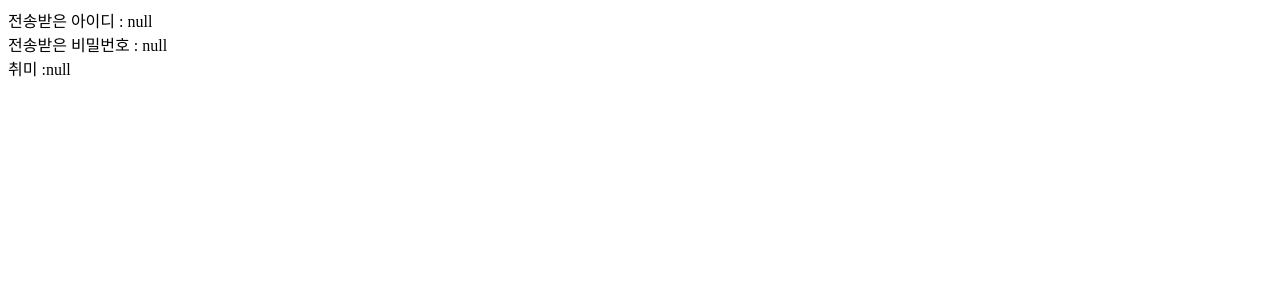
Repository: Kimhwawon/jsp_practice
Page: http://localhost/JSPBasic/JsObject/1.requests/req_param_getpost.jsp
These files come from the project's save history. The page is drawn as it stood at one moment and after the next save; the edit follows.
The browser window is 1280 px wide. The pictures show the whole page.
The page is served by Tomcat 9.

Above is the page before, as saved 2022-02-03 06:17:02.

After the next save:
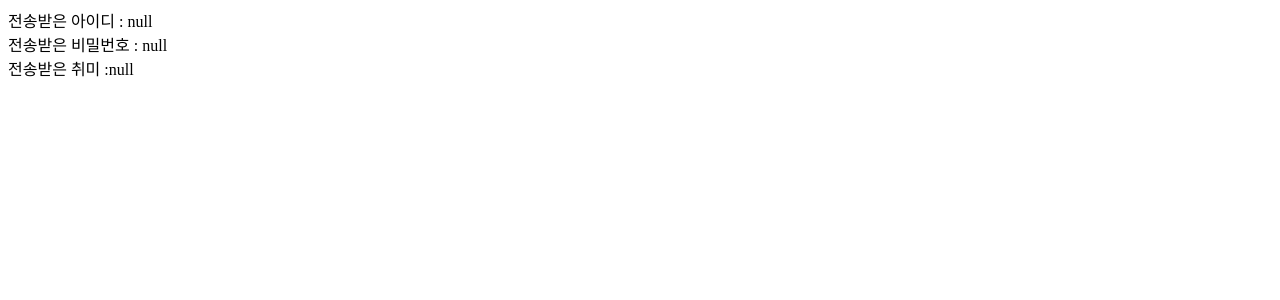
Saved 49 s later.
--- a/JSPBasic/src/main/webapp/JsObject/1.requests/req_param_getpost.jsp
+++ b/JSPBasic/src/main/webapp/JsObject/1.requests/req_param_getpost.jsp
@@ -6,7 +6,7 @@
 	// name "banana"에 딸려온 데이터를 변수 pw에 저장 후  body에 출력해보세요.
 	String pw = request.getParameter("banana");
 	// checkbox에 딸려온 데이터를 변수 hobby에 저장 후 body에 출력해보세요.
-	String checkbox = request.getParameter("hobby");
+	String hobby= request.getParameter("hobby");
 %>
 <!DOCTYPE html>
 <html>
@@ -18,6 +18,6 @@
 
 	전송받은 아이디 : <%= id %><br/>
 	전송받은 비밀번호 : <%= pw %><br/>
-	취미 :<%=checkbox %>
+	전송받은 취미 :<%=hobby %>
 </body>
 </html>
